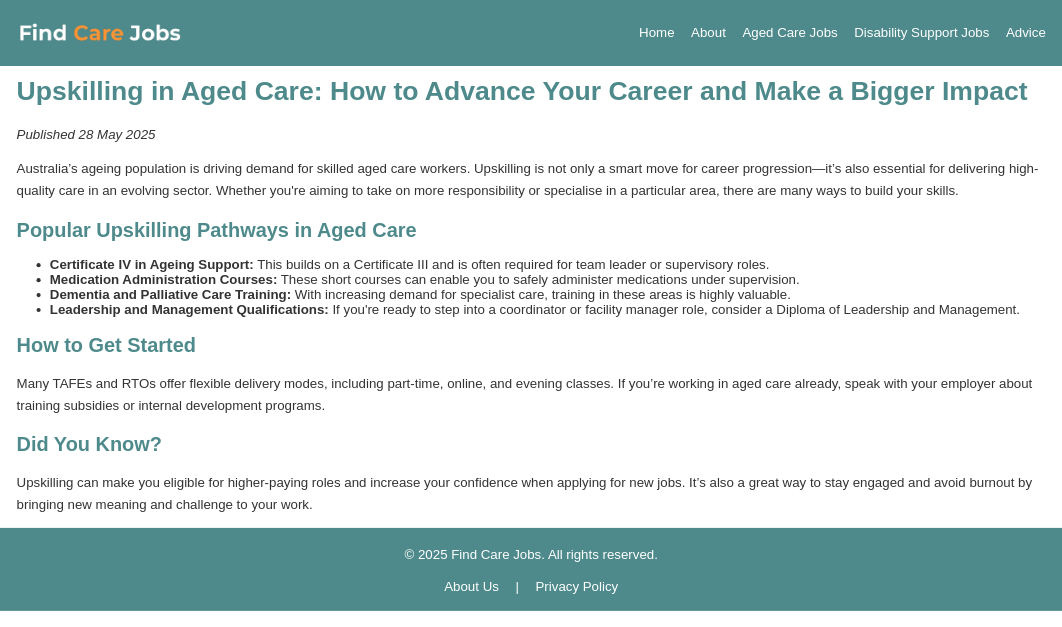
Repository: RichardCareJobs/find-care-jobs
Page: posts/upskilling-in-aged-care-jobs.html
An editor plug-in stored every save of this project. The page is shown before and after the next save, followed by the edit.
The browser window is 1280 px wide. The pictures show the whole page, at 83% of full size.

Above is the page before, as saved 2025-05-31 11:21:27.

After the next save:
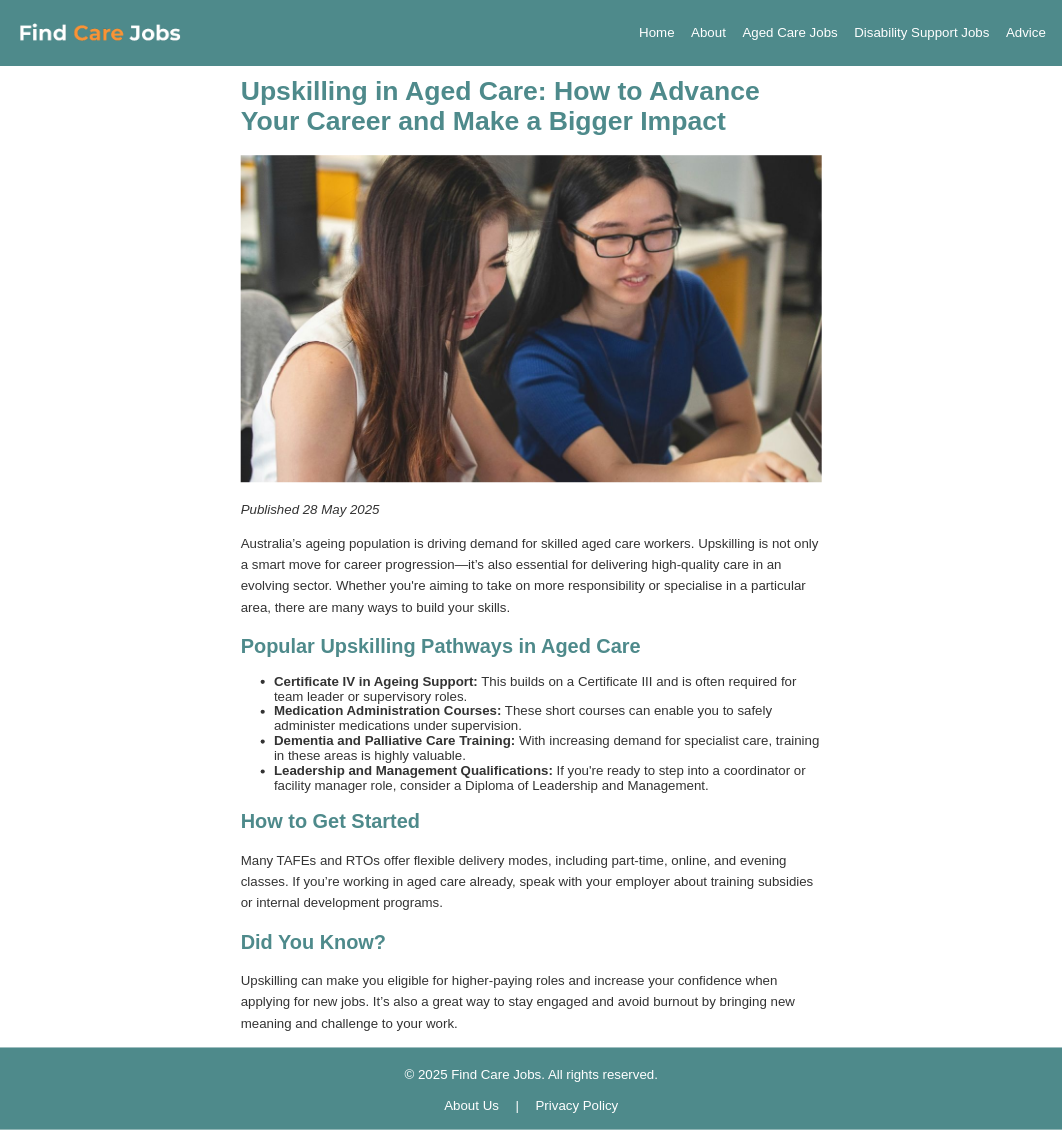
Saved 93 s later.
--- a/posts/upskilling-in-aged-care-jobs.html
+++ b/posts/upskilling-in-aged-care-jobs.html
@@ -37,7 +37,14 @@
     height="0" width="0" style="display:none;visibility:hidden"></iframe></noscript>
   <div id="global-header"></div>
   <main>
+    <div class="blog-container">
   <h1>Upskilling in Aged Care: How to Advance Your Career and Make a Bigger Impact</h1>
+
+        <img
+  src="../images/blog/aged-care-upskilling.jpg"
+  alt="Disability support worker engaging in professional development"
+  style="max-width: 100%; height: auto; margin: 20px 0;"
+  >
 
   <p><em>Published 28 May 2025</em></p>
 
@@ -59,6 +66,7 @@
   <h2>Did You Know?</h2>
 
   <p>Upskilling can make you eligible for higher-paying roles and increase your confidence when applying for new jobs. It’s also a great way to stay engaged and avoid burnout by bringing new meaning and challenge to your work.</p>
+</div>
 </main>
 
   <div id="global-footer"></div>
